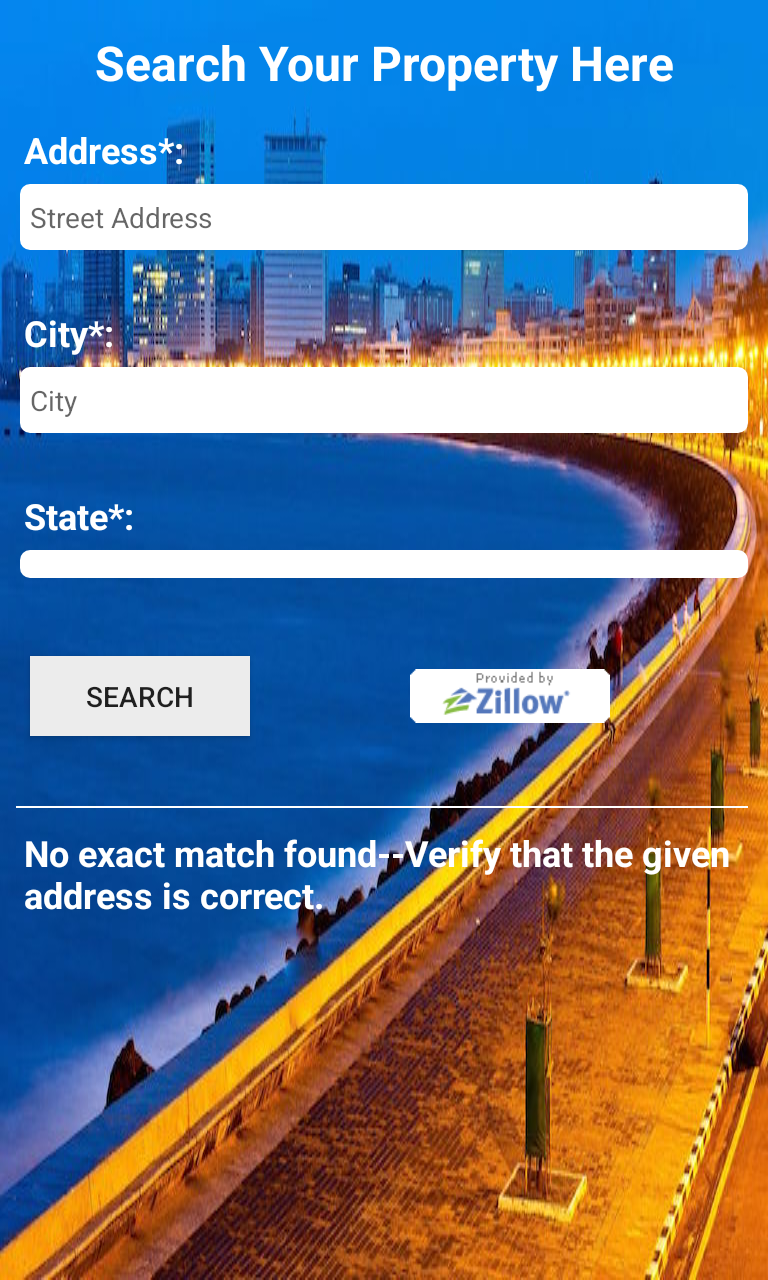
Repository: Warun26/PropertySearch
Layout: PropertySearch/res/layout/activity_main.xml
The author's editor kept a copy of each file at every save. The layout is drawn from the files as they stood at one save, then again after the next save.
It is drawn on a 768 x 1280 px phone screen (xhdpi) without system bars, with theme AppTheme; the app's code is not run. The app's manifest (not shown) leaves right-to-left support off. So textAlignment, textDirection and layoutDirection are ignored, and left and right values win over start and end ones.

Above is the layout before, as saved 2014-11-24 17:46:52.

After the next save:
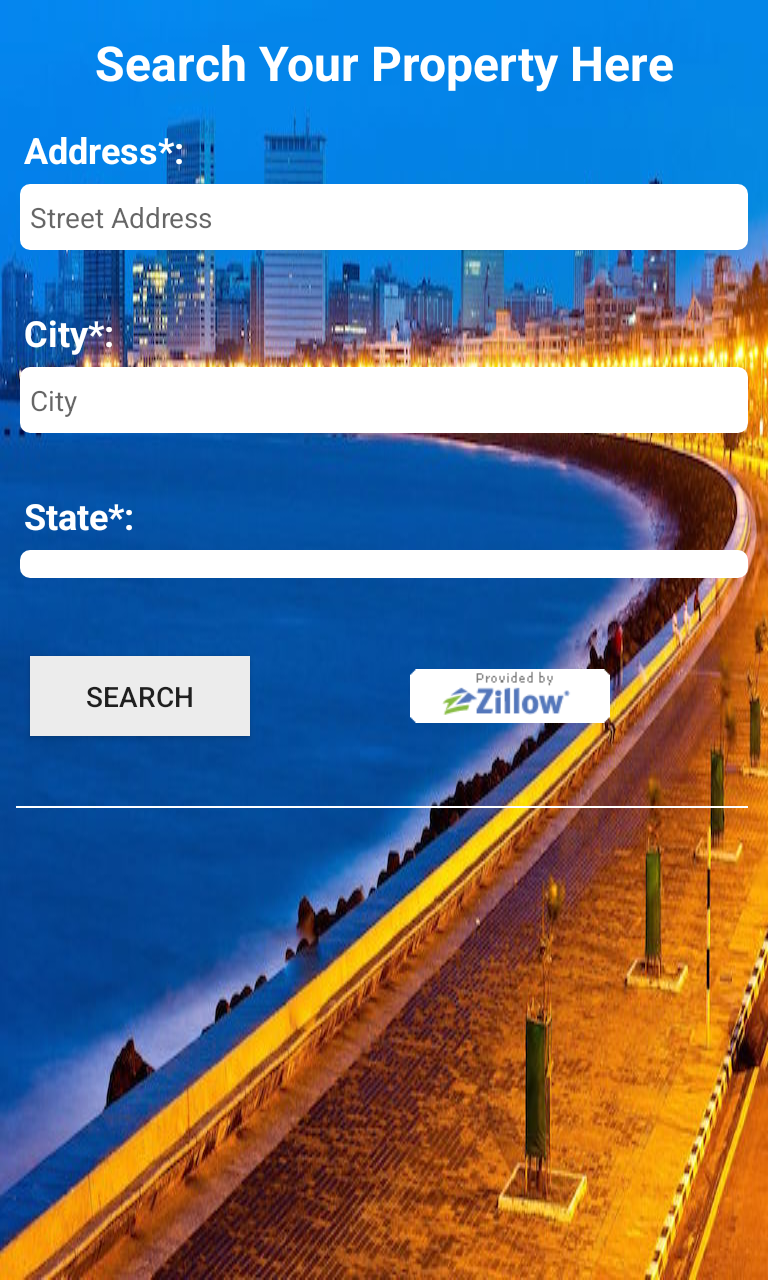
Saved 7 s later.
--- a/PropertySearch/res/layout/activity_main.xml
+++ b/PropertySearch/res/layout/activity_main.xml
@@ -194,7 +194,7 @@
     <TextView
             android:id="@+id/NoResults"
             android:layout_gravity="center"
-            android:visibility="hidden"
+            android:visibility="invisible"
             android:layout_marginTop="10dp"
             android:layout_marginBottom="5dp"
             android:layout_marginStart="8dp"
